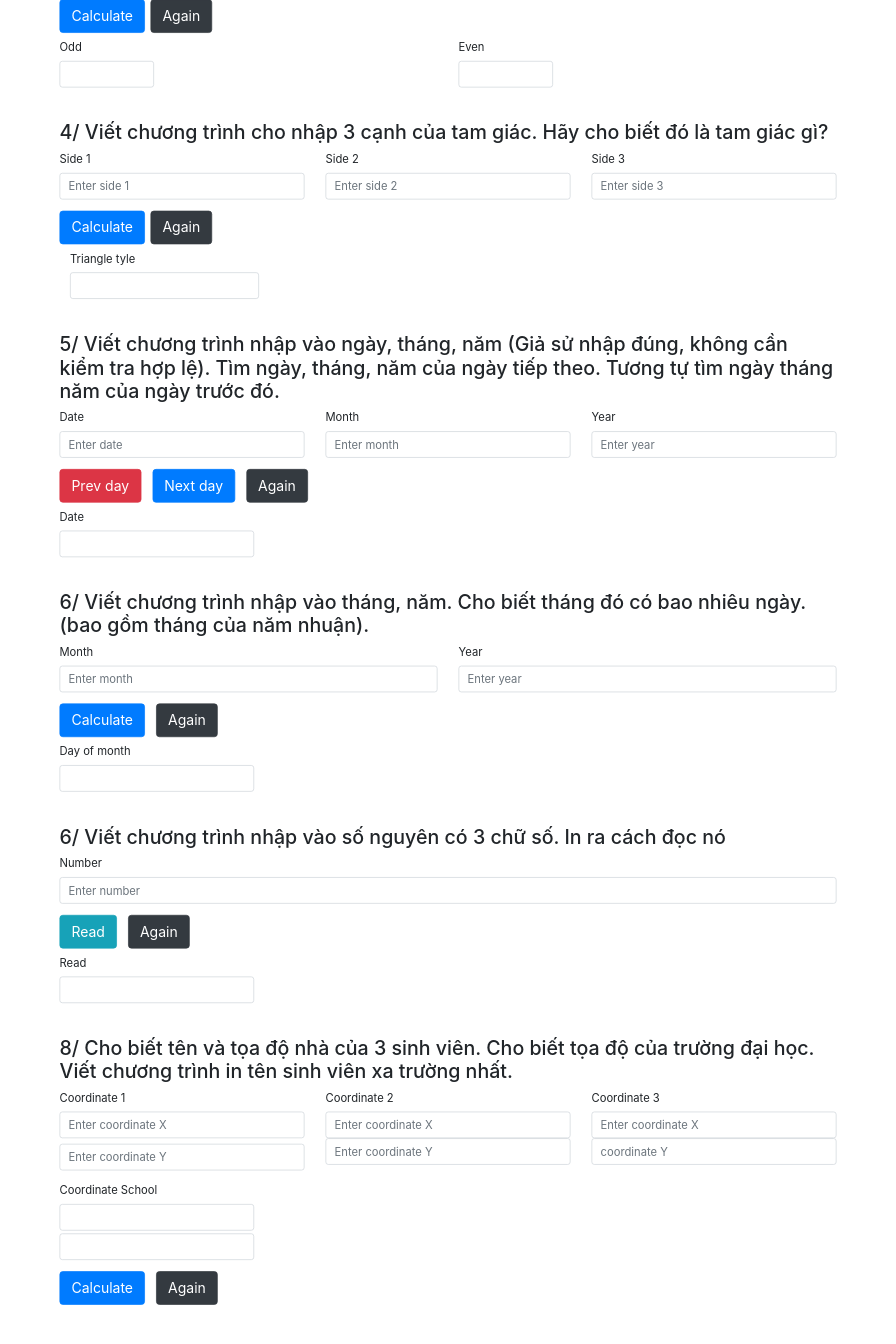
Repository: baobaodeveloper/bootscamp21__jsbasic__HuynhAnhBao
Page: index.html
The author's editor kept a copy of each file at every save. The page is drawn from the files as they stood at one save, then again after the next save.
The browser window is 1280 px wide. The pictures show the part of the page from y = 790 to 2710 px (the page is 2710 px tall), at 70% of full size.

Above is the page before, as saved 2022-03-11 18:15:57.

After the next save:
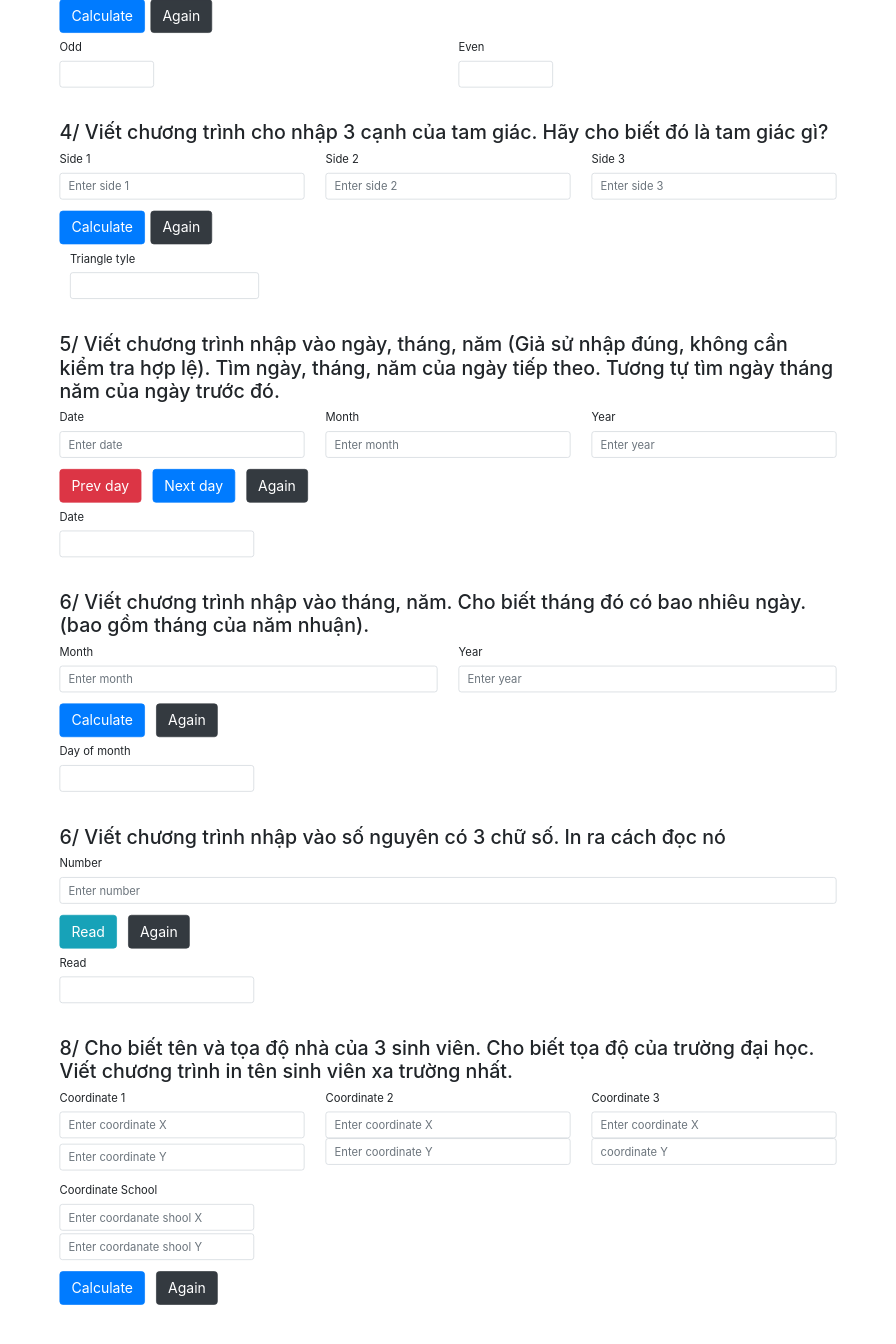
Saved 39 s later.
--- a/index.html
+++ b/index.html
@@ -435,8 +435,16 @@
 
       <div class="mt-3">
         <label class="form-label">Coordinate School</label>
-        <input type="text" class="form-control w-25 result1 mb-1" />
-        <input type="text" class="form-control w-25 result1" />
+        <input
+          type="text"
+          class="form-control w-25 result1 mb-1"
+          placeholder="Enter coordanate shool X"
+        />
+        <input
+          type="text"
+          class="form-control w-25 result1"
+          placeholder="Enter coordanate shool Y"
+        />
       </div>
 
       <div class="d-flex">
